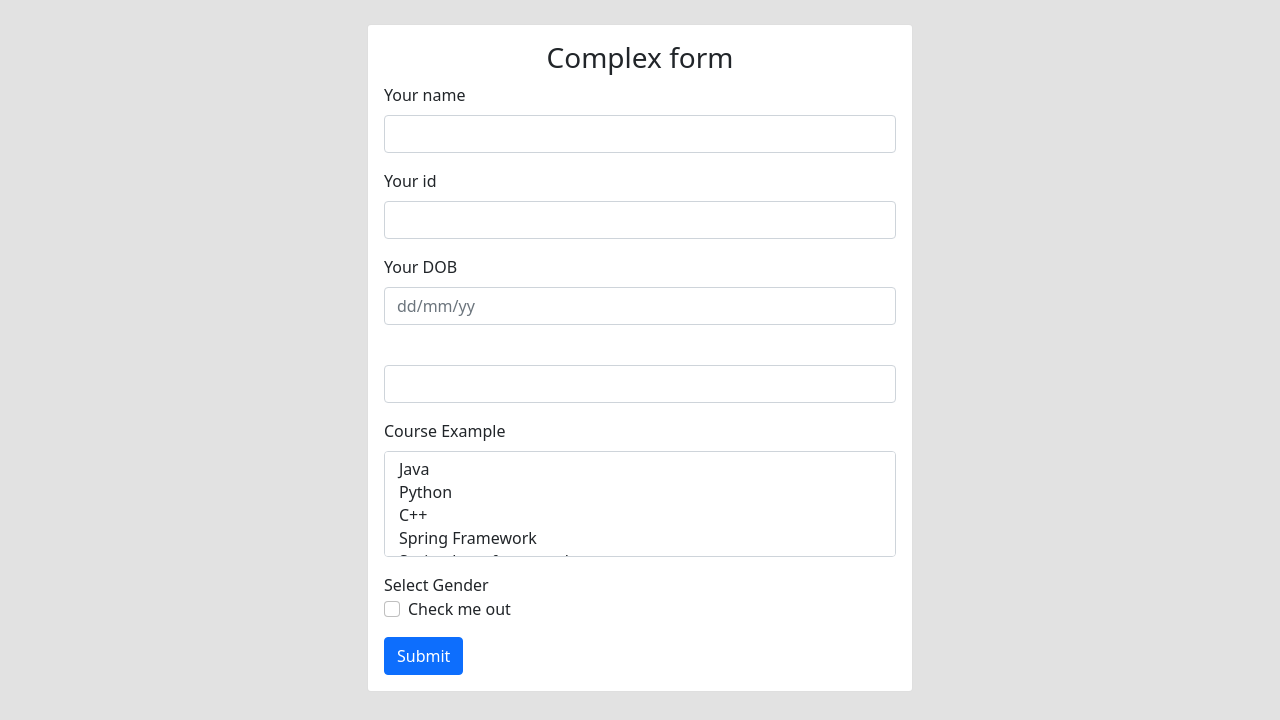
Repository: himanshurai26/Spring-Framewrok-code-
Page: http://localhost/SpringMvcSearch/WEB-INF/views/complex-form.jsp
An editor plug-in stored every save of this project. The page is shown before and after the next save, followed by the edit.
The browser window is 1280 px wide. The pictures show the whole page.
The page is served by Tomcat 9. Nobody is signed in. Other server files are loaded and not shown. The template is opened directly, without the code that normally fills it, so the values that code supplies are empty.

Above is the page before, as saved 2023-07-28 16:44:14.

### SpringMVC/SpringMvcSearch/src/main/webapp/WEB-INF/views/complex-form.jsp
<!doctype html>
<html lang="en">
  <head>
    <!-- Required meta tags -->
    <meta charset="utf-8">
    <meta name="viewport" content="width=device-width, initial-scale=1">

    <!-- Bootstrap CSS -->
    <link href="https://cdn.jsdelivr.net/npm/bootstrap@5.0.2/dist/css/bootstrap.min.css" rel="stylesheet" integrity="sha384-EVSTQN3/azprG1Anm3QDgpJLIm9Nao0Yz1ztcQTwFspd3yD65VohhpuuCOmLASjC" crossorigin="anonymous">

    <title>Complex form</title>
  </head>
  <body class="" style="background: #e2e2e2;">

   <div class="container mt-4">

   <div class="row">
   <div class="col-md-6 offset-md-3">
   <div class="card">
   <div class="card-body">
   <h3 class="text-center">Complex form</h3>
   <form >
   <div class="form-group">
   <form>
  <div class="mb-3">
    <label for="exampleInputEmail1" class="form-label">Your name</label>
    <input type="email" class="form-control" id="exampleInputEmail1" name="name" aria-describedby="emailHelp">
    </div>

  <div class="mb-3">
    <label for="exampleInputId" class="form-label">Your id</label>
    <input type="password" class="form-control" id="exampleInputPassword1" name="id">
  </div>

  <div class="mb-3">
    <label for="exampleInputEmail1" class="form-label">Your DOB</label>
    <input type="email" class="form-control" id="exampleInputEmail1" name="dob"  placeholder="dd/mm/yy" aria-describedby="emailHelp">
    </div>

    <div class="mb-3">
    <label for="exampleInputEmail1" class="form-label"></label>
    <input type="email" class="form-control" id="exampleInputEmail1" name="name" aria-describedby="emailHelp">
    </div>

    <div class="mb-3">
    <label for="formcontrolselect1" class="form-label">Course Example</label>
    <select
    class="form-control" id="exampleInputEmail1" name="subjects"  multiple>
 <option>Java</option>
 <option>Python</option>
 <option>C++</option>
 <option>Spring Framework</option>
 <option>Spring boot framework</option>
 <option>Jsp</option>
 </select>
    </div>

    <div class="form-group">
    <span class="mr-3">Select Gender</span>
    </div>

  <div class="mb-3 form-check">
    <input type="checkbox" class="form-check-input" id="exampleCheck1">
    <label class="form-check-label" for="exampleCheck1">Check me out</label>
  </div>
  <button type="submit" class="btn btn-primary">Submit</button>
</form>

   </div>

   </form>
   </div>

   </div>
   </div>
   </div>
   </div>















    <script src="https://cdn.jsdelivr.net/npm/bootstrap@5.0.2/dist/js/bootstrap.bundle.min.js" integrity="sha384-MrcW6ZMFYlzcLA8Nl+NtUVF0sA7MsXsP1UyJoMp4YLEuNSfAP+JcXn/tWtIaxVXM" crossorigin="anonymous"></script>

  </body>
</html>

After the next save:
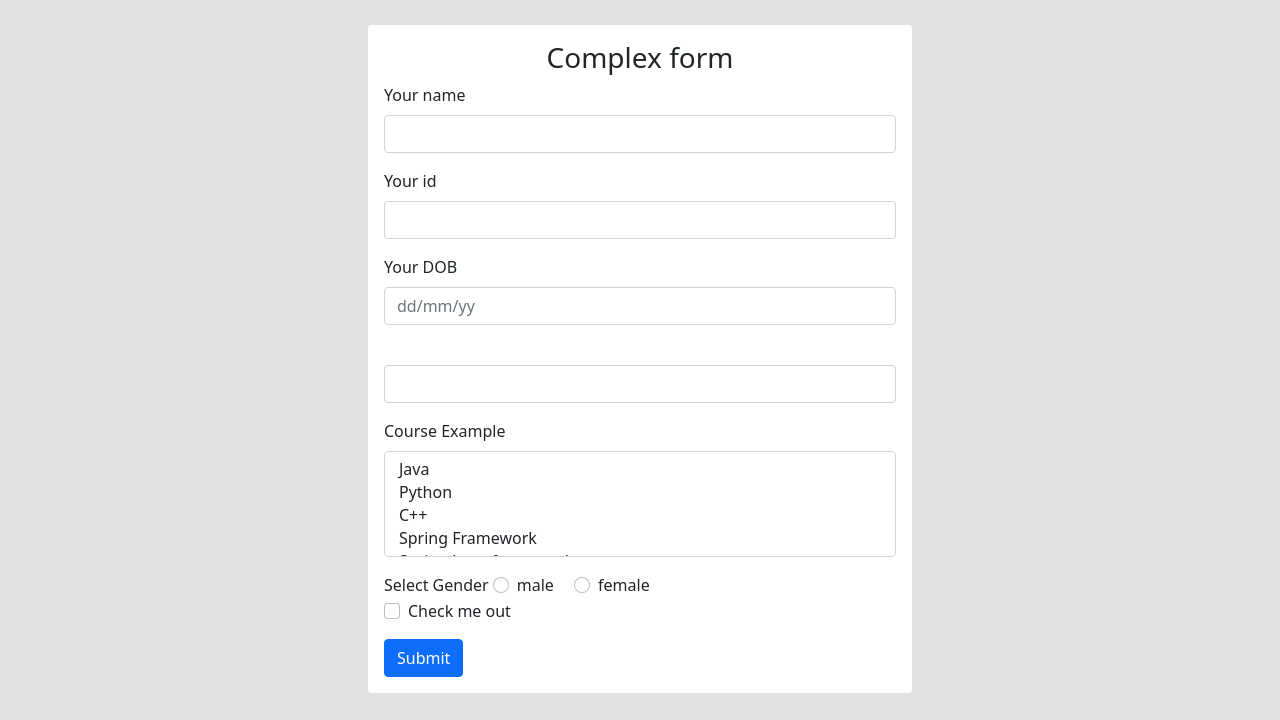
Saved 3 min 2 s later.
--- a/SpringMVC/SpringMvcSearch/src/main/webapp/WEB-INF/views/complex-form.jsp
+++ b/SpringMVC/SpringMvcSearch/src/main/webapp/WEB-INF/views/complex-form.jsp
@@ -57,6 +57,19 @@
 
     <div class="form-group">
     <span class="mr-3">Select Gender</span>
+    <div class="form-check form-check-inline">
+    <input class="form-check-input"  type="radio" name="gender"
+    id="inlineRadio1" value="male"><label
+    class="form-check-Label" for="inlineRadio1">male
+    </label>
+    </div>
+    <div class="form-check form-check-inline">
+    <input class="form-check-input"  type="radio" name="gender"
+    id="inlineRadio1" value="male"><label
+    class="form-check-Label" for="inlineRadio1">female
+    </label>
+    </div>
+
     </div>
 
   <div class="mb-3 form-check">
